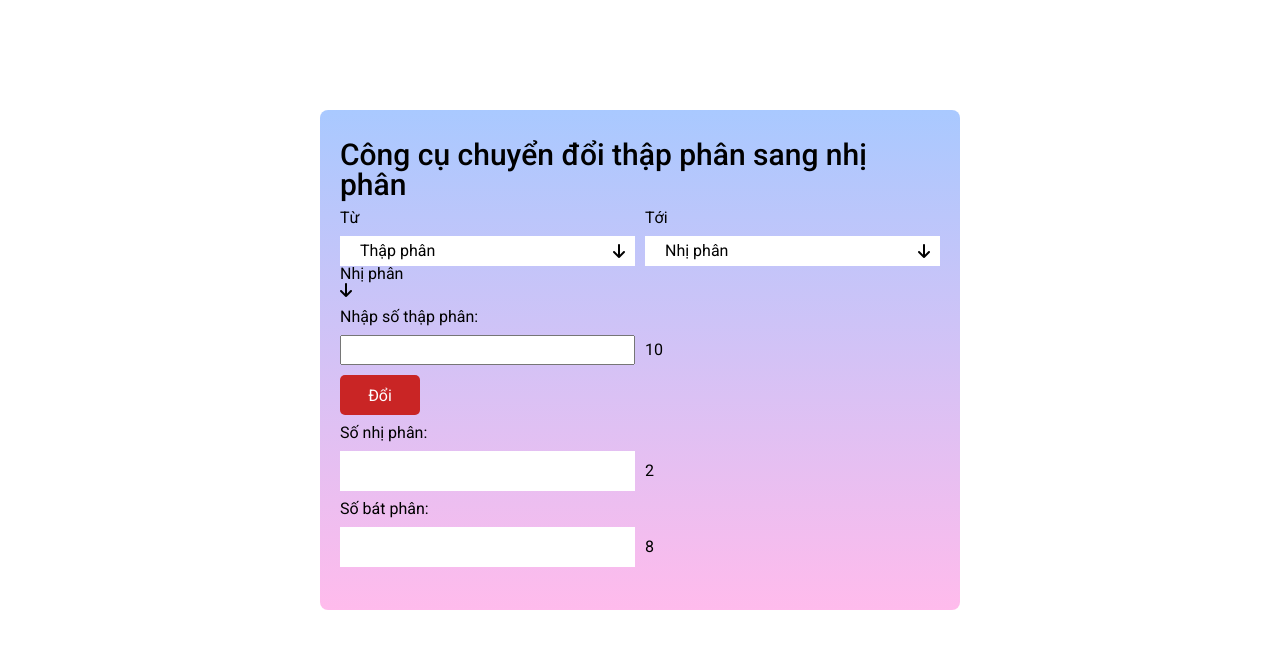
Repository: thuanpham00/covertNumber
Page: index.html
The author's editor kept a copy of each file at every save. The page is drawn from the files as they stood at one save, then again after the next save.
The browser window is 1280 px wide. The pictures show the whole page.
Some web libraries are served in a nearby version. The style sheet was rebuilt from its Sass, Less or Tailwind sources for each picture, by a compiler version that may differ from the author's.

Above is the page before, as saved 2023-11-05 16:37:15.
Console error: TypeError: Cannot read properties of null (reading 'addEventListener')

### index.html
<!DOCTYPE html>
<html lang="en">
    <head>
        <meta charset="UTF-8" />
        <meta name="viewport" content="width=device-width, initial-scale=1.0" />
        <title>Convert Number</title>
        <link rel="stylesheet" href="./assets/css/main.css" />
        <link rel="preconnect" href="https://fonts.googleapis.com" />
        <link rel="preconnect" href="https://fonts.gstatic.com" crossorigin />
        <link
            href="https://fonts.googleapis.com/css2?family=Roboto:wght@400;500;700;900&display=swap"
            rel="stylesheet"
        />
        <script src="https://kit.fontawesome.com/3115b3f4f1.js"></script>
    </head>
    <body>
        <div class="container">
            <h1 class="title">Công cụ chuyển đổi thập phân sang nhị phân</h1>
            <div class="row">
                <span class="row__desc">Từ</span>
                <span class="row__desc">Tới</span>
            </div>
            <div class="row">
                <div class="row__type">
                    <div class="row__item">Thập phân</div>
                    <div class="row__icon">
                        <i class="fa-solid fa-arrow-down"></i>
                    </div>
                </div>

                <div class="row__type">
                    <div class="row__item">Nhị phân</div>
                    <div class="row__icon">
                        <i class="fa-solid fa-arrow-down"></i>
                    </div>
                </div>
                <div class="list">
                    <div class="row__item">Nhị phân</div>
                    <div class="row__icon">
                        <i class="fa-solid fa-arrow-down"></i>
                    </div>
                </div>
            </div>
            <div class="container__wrapper">
                <div class="desc">Nhập số thập phân:</div>
                <form class="form" autocomplete="off">
                    <div class="row">
                        <input
                            type="text"
                            class="form__input"
                            name="numberInput"
                            required
                        />
                        <span>10</span>
                    </div>
                    <input type="submit" class="form__submit" value="Đổi" />
                </form>

                <div class="desc">Số nhị phân:</div>
                <div class="row">
                    <div class="result">
                        <span class="result__inner"></span>
                    </div>
                    <span>2</span>
                </div>
                <div class="desc">Số bát phân:</div>
                <div class="row">
                    <div class="result">
                        <span class="result__inner inner-2"></span>
                    </div>
                    <span>8</span>
                </div>
            </div>
        </div>

        <script src="./main.js"></script>
    </body>
</html>

### main.js
// // phần nguyên: integerPart
// // phần thập phân: decimalPart
window.addEventListener("load", function () {
    function convertDecimalToBinary(number) {
        let binary = [];
        let integerPart = Math.floor(number); // làm tròn xuống
        let decimalPart = number - integerPart;

        while (integerPart > 0) {
            let number1 = integerPart % 2;
            binary.unshift(number1);
            integerPart = Math.floor(integerPart / 2);
        }
        if (decimalPart > 0) {
            binary.push(".");

            let min = 0;
            let max = 16;
            while (decimalPart > 0 && min < max) {
                decimalPart = decimalPart * 2;
                let digit = Math.floor(decimalPart);
                binary.push(digit);
                decimalPart = decimalPart - digit;
                min++;
            }
        }
        return binary.join(""); // 8.625 (10) -> 1000.101 (2)
    }

    function convertDecimalToOctal(number) {
        let binary = [];
        let integerPart = Math.floor(number); // làm tròn xuống
        let decimalPart = number - integerPart;

        while (integerPart > 0) {
            let number1 = integerPart % 8;
            binary.unshift(number1);
            integerPart = Math.floor(integerPart / 8);
        }
        if (decimalPart > 0) {
            binary.push(".");

            let min = 0;
            let max = 16;
            while (decimalPart > 0 && min < max) {
                decimalPart = decimalPart * 8;
                let digit = Math.floor(decimalPart);
                binary.push(digit);
                decimalPart = decimalPart - digit;
                min++;
            }
        }
        return binary.join(""); // 11.25 (10) -> 13.2 (8)
    }
    const result = document.querySelector(".result__inner");
    const result2 = document.querySelector(".result__inner.inner-2");
    const form = document.querySelector(".form");
    form.addEventListener("submit", function (e) {
        e.preventDefault();
        const input = parseFloat(this.elements["numberInput"].value);
        result.textContent = convertDecimalToBinary(input);
        result2.textContent = convertDecimalToOctal(input);
    });

    const listType = document.querySelector(".row__list")
    listType.addEventListener("click", function(e) {
        const typeItem = e.target.querySelector(".row__type.type-2")
        typeItem.classList.add("type")
    })
});

### scss/main.scss
html,
body,
div,
span,
applet,
object,
iframe,
h1,
h2,
h3,
h4,
h5,
h6,
p,
blockquote,
pre,
a,
abbr,
acronym,
address,
big,
cite,
code,
del,
dfn,
em,
img,
ins,
kbd,
q,
s,
samp,
small,
strike,
strong,
sub,
sup,
tt,
var,
b,
u,
i,
center,
dl,
dt,
dd,
ol,
ul,
li,
fieldset,
form,
label,
legend,
table,
caption,
tbody,
tfoot,
thead,
tr,
th,
td,
article,
aside,
canvas,
details,
embed,
figure,
figcaption,
footer,
header,
hgroup,
menu,
nav,
output,
ruby,
section,
summary,
time,
mark,
audio,
video {
    margin: 0;
    padding: 0;
    border: 0;
    font-size: 100%;
    font: inherit;
    vertical-align: baseline;
}
/* HTML5 display-role reset for older browsers */
article,
aside,
details,
figcaption,
figure,
footer,
header,
hgroup,
menu,
nav,
section {
    display: block;
}
body {
    line-height: 1;
}
ol,
ul {
    list-style: none;
}
blockquote,
q {
    quotes: none;
}
blockquote:before,
blockquote:after,
q:before,
q:after {
    content: "";
    content: none;
}
table {
    border-collapse: collapse;
    border-spacing: 0;
}

*,
::after,
::before {
    box-sizing: border-box;
}

html {
    font-size: 62.5%;
}

body {
    background: #fff;
    font-size: 1.6rem;
    font-family: "Roboto", sans-serif;
}

input,
select,
textarea,
button {
    font-size: inherit;
    font-family: inherit;
}

.container {
    background-color: #a9c9ff;
    background-image: linear-gradient(180deg, #a9c9ff 0%, #ffbbec 100%);

    border-radius: 8px;
    padding: 10px 20px;
    height: 500px;
    position: absolute;
    top: 50%;
    left: 50%;
    transform: translate(-50%, -50%);

    .title {
        margin-top: 20px;
        font-size: 3rem;
        font-weight: 500;
    }

    .row {
        margin-top: 10px;
        display: grid;
        align-items: center;
        grid-template-columns: 1fr 1fr;
        column-gap: 10px;

        .row__type {
            display: flex;
            align-items: center;
            justify-content: space-between;
            padding-left: 20px;
            padding-right: 10px;
            height: 30px;
            width: 100%;
            background: #fff;

            pointer-events: none;

            > i {
                font-size: 0.6rem;
            }
        }

        .result {
            width: 100%;
            height: 40px;
            background: #fff;
            display: flex;
            align-items: center;
            padding-left: 20px;
        }
    }

    .desc {
        margin-top: 10px;
    }

    .form__input {
        height: 30px;
        padding: 5px 0px 5px 20px;
        outline: none;
    }

    .form__submit {
        margin-top: 10px;
        width: 80px;
        height: 40px;
        border-radius: 5px;
        background: #c92525;
        color: #fff;
        outline: none;
        border: none;
    }
}

.list {
    display: block;
}

After the next save:
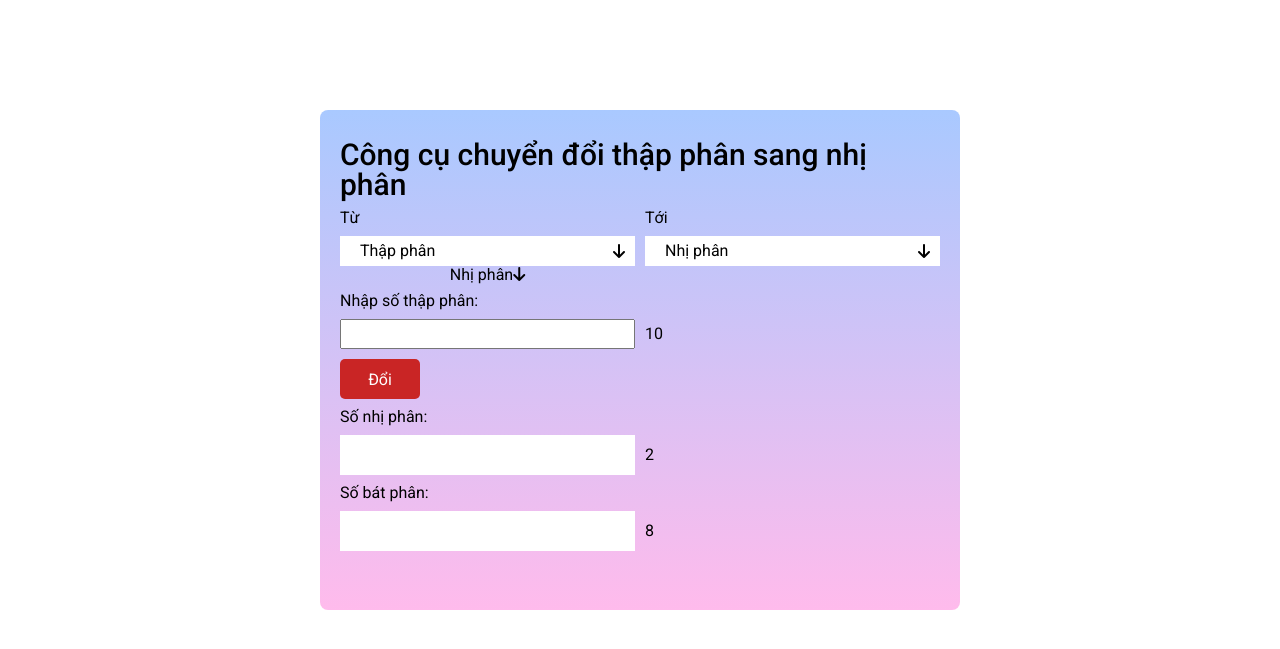
Saved 4 s later.
--- a/scss/main.scss
+++ b/scss/main.scss
@@ -222,5 +222,7 @@ button {
 }
 
 .list {
-    display: block;
-}
+   display: flex;
+   align-items: center;
+   justify-content: center;
+}
